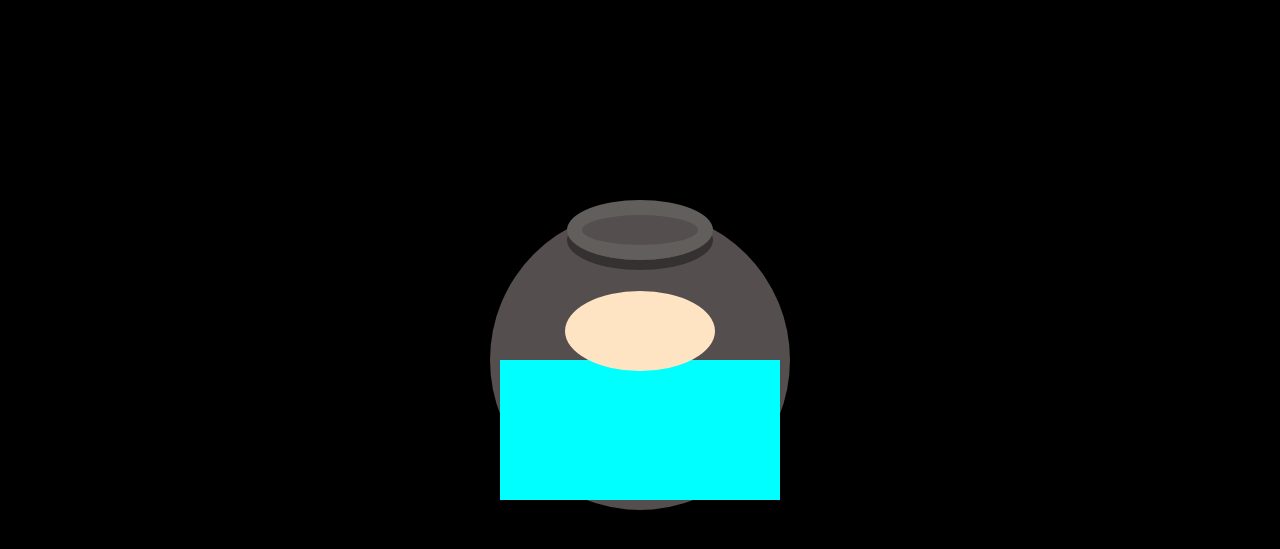
Repository: zjria/Colorful-Glowing-Liquid-Bowl-Animation-Effects
Page: index.html
The author's editor kept a copy of each file at every save. The page is drawn from the files as they stood at one save, then again after the next save.
The browser window is 1280 px wide. The pictures show the whole page.

Above is the page before, as saved 2022-04-15 17:51:19.

### index.html
<!DOCTYPE html>
<html lang="en">
<head>
    <meta charset="UTF-8">
    <meta http-equiv="X-UA-Compatible" content="IE=edge">
    <meta name="viewport" content="width=device-width, initial-scale=1.0">
    <title>Colorful Glowing Liquid Bowl Animation Effects</title>
    <link rel="stylesheet" href="style.css">
</head>
<body>
    <section>
        <div class="bowl">
            <div class="liquid">

            </div>
        </div>

    </section>
</body>
</html>

### style.css
*{
    margin: 0;
    padding: 0;
    box-sizing: border-box;
}
section{
    display: flex;
    justify-content: center;
    align-items: center;
    background-color: black;
    min-height: 100vh;
}
.bowl{
    position: relative;
    width: 300px;
    height: 300px;
    border-radius: 50%;
    background-color: rgb(85, 78, 78);
    border: 5px solid transparent;
}
.bowl::before{
    content: "";
    position: absolute;
    top: -15px;
    left: 50%;
    transform: translate(-50%);
    width: 40%;
    height: 30px;
    border-radius: 50%;
    border: 15px solid rgb(97, 94, 91);
    box-shadow: 0 10px rgb(53, 49, 49) ;
}
.bowl::after{
    content: "";
    position: absolute;
    top: 40%;
    left: 50%;
    transform: translate(-50%, -50%);
    border-radius: 50%;
    width: 150px;
    height: 80px;
    background-color: bisque;

}
.liquid{
    position: absolute;
    top: 50%;
    left: 5px;
    right: 5px;
    bottom: 5px;
    background-color: aqua;
}

After the next save:
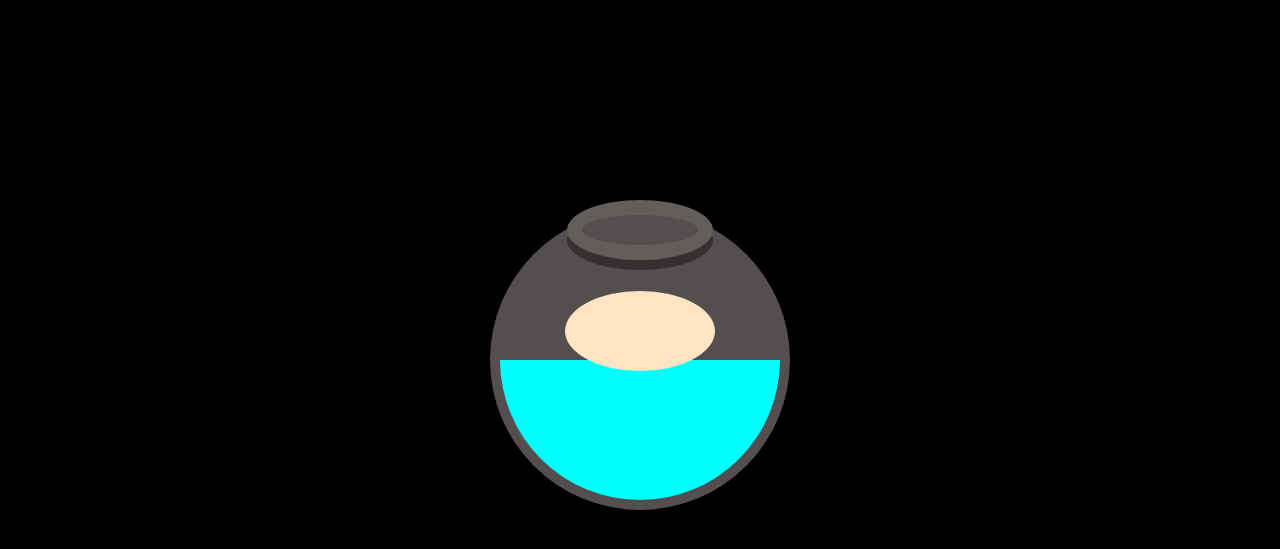
Saved 72 s later.
--- a/style.css
+++ b/style.css
@@ -49,4 +49,6 @@
     right: 5px;
     bottom: 5px;
     background-color: aqua;
+    border-bottom-left-radius: 150px;
+    border-bottom-right-radius: 150px;
 }
